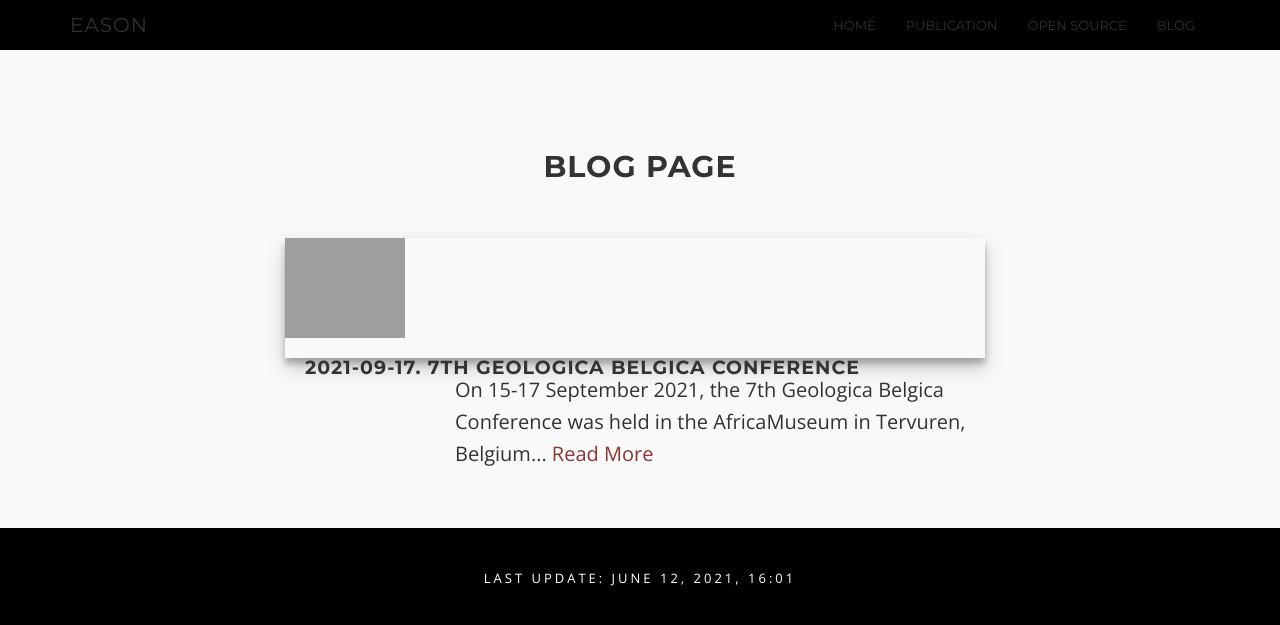
Repository: eazzzon/eazzzon.github.io
Page: blog.html
These files come from the project's save history. The page is drawn as it stood at one moment and after a run of saves; the edit follows.
The browser window is 1280 px wide. The pictures show the whole page.
Pictures or frames that could not be fetched are drawn as grey boxes.

Above is the page before, as saved 2021-09-18 13:16:18.

After the next 2 saves:
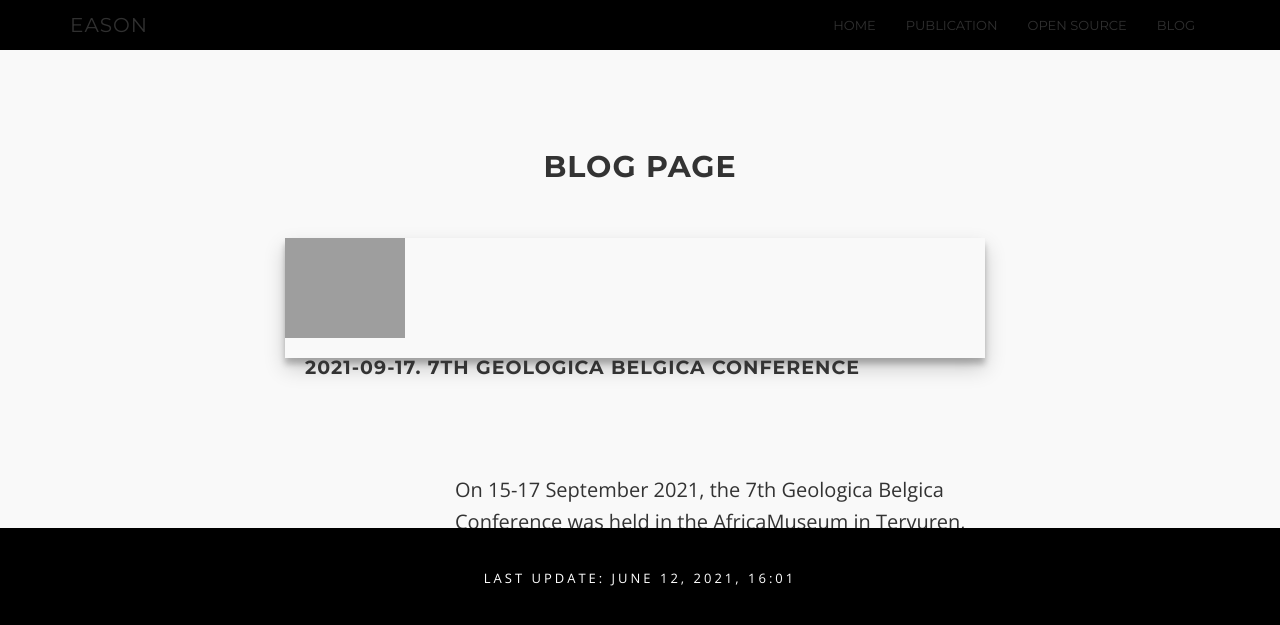
The 2 saves are shown as one change because they came seconds apart.
The last was saved 7 s later.
--- a/css/theme.css
+++ b/css/theme.css
@@ -444,7 +444,7 @@ section {
 	padding: 50px;
 	margin: 10px;
 	position: relative;
-	bottom: 100px;
+	top: 0px;
 	left: 100px;
   }
 

After the save that followed:
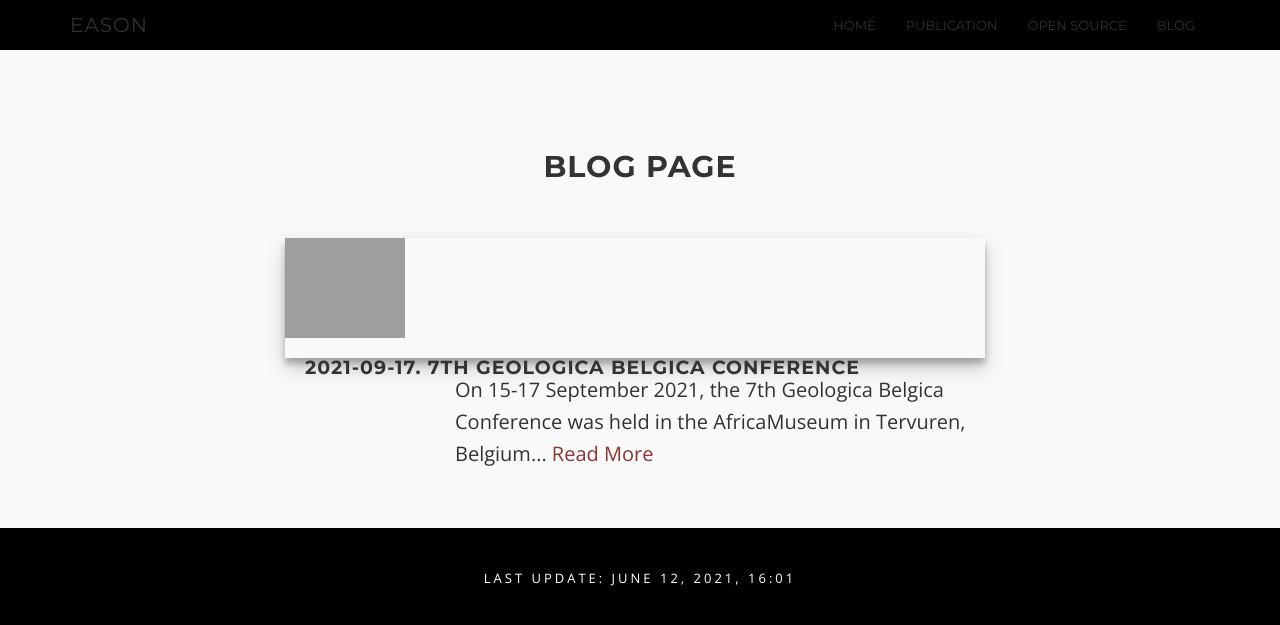
Saved 7 s later.
--- a/css/theme.css
+++ b/css/theme.css
@@ -444,7 +444,7 @@ section {
 	padding: 50px;
 	margin: 10px;
 	position: relative;
-	top: 0px;
+	bottom: 100px;
 	left: 100px;
   }
 
